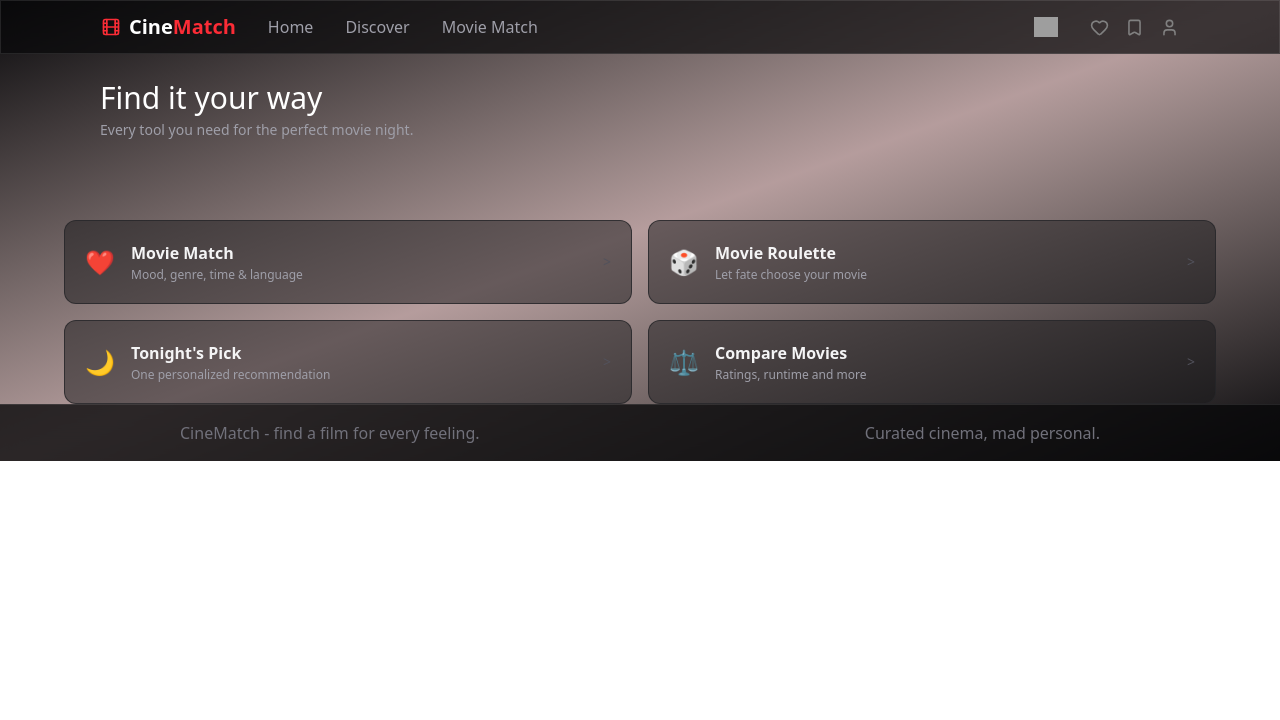
Repository: Mahak182005/CineMatch
Page: /match
The author's editor kept a copy of each file at every save. The page is drawn from the files as they stood at one save, then again after the next save.
The browser window is 1280 px wide. The pictures show the whole page.
Pictures or frames that could not be fetched are drawn as grey boxes. The project was rebuilt for these pictures with package versions that can differ from the ones it lists, and the page was loaded fresh each time. Also part of the build but not shown: vite.config.js, src/Components/Mood.jsx, src/Data/MoodData.js, src/Data/api.js, src/Components/MovieCart.jsx, src/Logic/search.js, src/pages/Home.jsx, src/pages/Favorites.jsx and 3 more.

Above is the page before, as saved 2026-10-12 12:57:48.

After the next save:
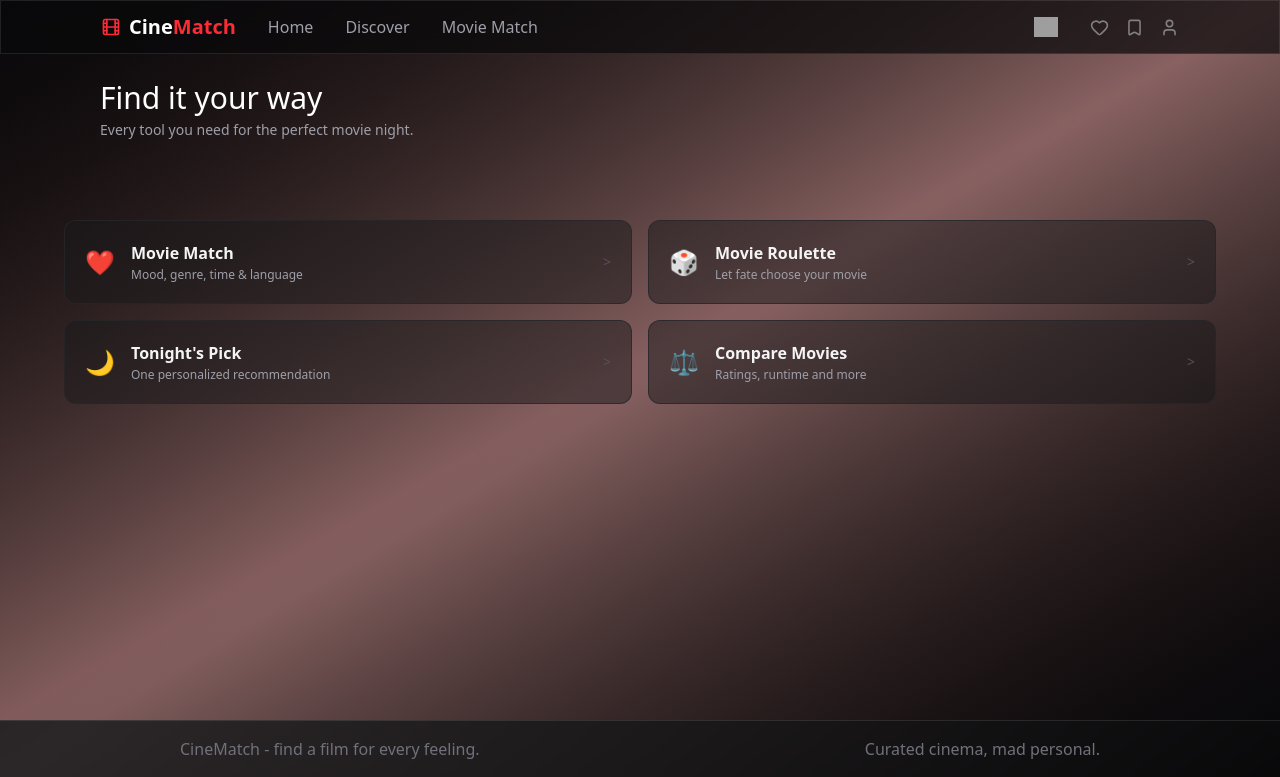
Saved 75 s later.
--- a/src/pages/MovieMatch.jsx
+++ b/src/pages/MovieMatch.jsx
@@ -1,7 +1,7 @@
 export function MovieMatch(){
     return(
         <>
-            <div classNameName="h-screen bg-gradient-to-br from-zinc-950 via-red-950/40 to-zinc-950 text-white">
+            <div className="h-screen bg-gradient-to-br from-zinc-950 via-red-950/40 to-zinc-950 text-white">
                 <div className=" mx-25 py-20 ">
                     <h1 className="text-3xl text-white">Find it your way</h1>
                     <p className="text-zinc-400 text-sm mt-1">Every tool you need for the perfect movie night.</p>
